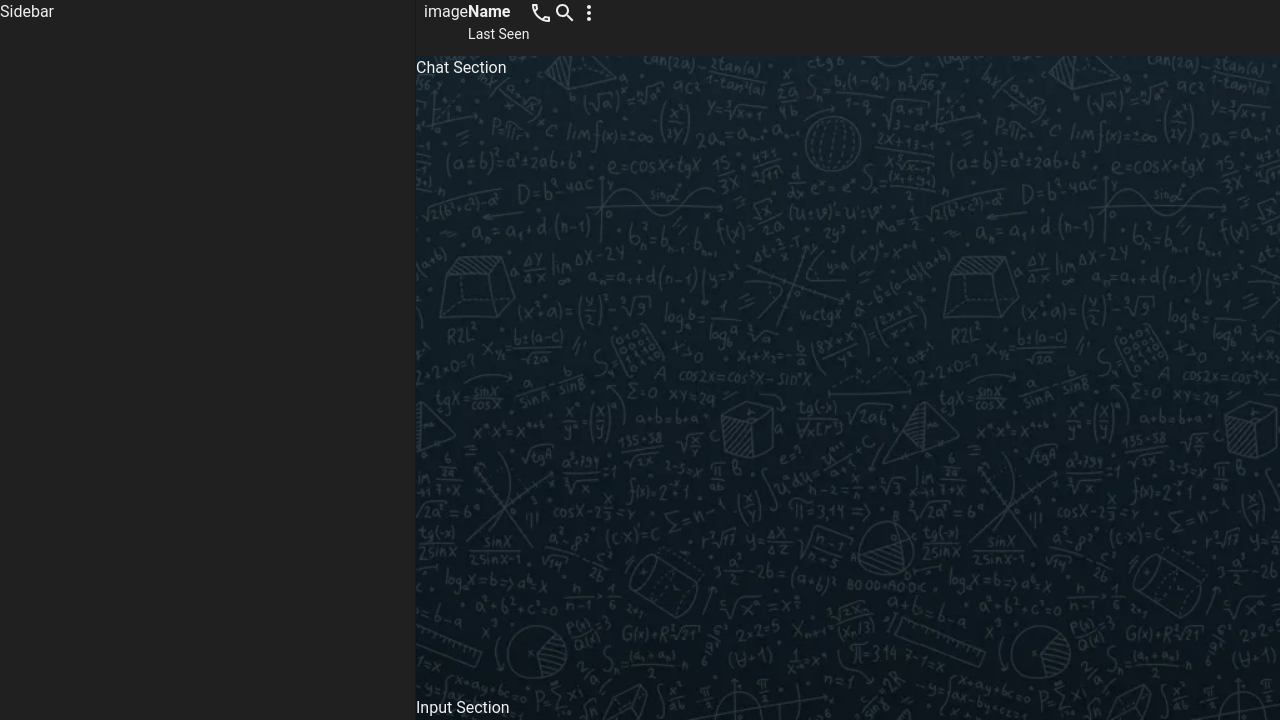
Repository: Qu4ntumGuy/telegram-clone
Page: /
These files come from the project's save history. The page is drawn as it stood at one moment and after the next save; the edit follows.
The browser window is 1280 px wide. The pictures show the whole page.
The project was rebuilt for these pictures with package versions that can differ from the ones it lists, and the page was loaded fresh each time. Also part of the build but not shown: src/Utils/ContextProvider.js, src/Pages/ChatPage.js/ChatPage.js.

Above is the page before, as saved 2024-07-15 12:02:52.

### src/index.css
@tailwind base;
@tailwind components;
@tailwind utilities;

:root {
  font-family: "Roboto", sans-serif;
  color-scheme: light;
  body {
    @apply bg-[#181818] text-[#f0f0f0];
  }
}
/*
:root {
  @apply bg-[#181818];
} */

### src/App.js
import { Routes, BrowserRouter, Route } from "react-router-dom";
import Sidebar from "./Components/Sidebar";
import Home from "./Pages/Home/Home";
import ChatPage from "./Pages/ChatPage.js/ChatPage";

function App() {
  return (
    <div className="flex max-w-[105rem] mx-auto">
      <Sidebar />
      <BrowserRouter>
        <Routes>
          <Route path="/" element={<Home />} />
          <Route path="/k/:id" element={<ChatPage />} />
        </Routes>
      </BrowserRouter>
      {/* <Home /> */}
    </div>
  );
}

export default App;

### src/Components/Sidebar.js
import React from "react";
import { useComponentContext } from "../Utils/ContextProvider";

function Sidebar() {
  const context = useComponentContext();
  return (
    <div className="w-full md:max-w-[26rem] bg-[#202020] border-r border-[#181818] h-screen">
      Sidebar
    </div>
  );
}

export default Sidebar;

### src/Pages/Home/Home.js
import React from "react";
import backgroundImage from "../../Assets/Desktop.webp";
import Topbar from "../../Components/Topbar";

function Home() {
  const image =
    "https://blog.1a23.com/wp-content/uploads/sites/2/2020/02/pattern_02-150x150.png";

  //   const divStyle = {
  //     width: "100%",
  //     height: "100vh", // Adjust the height as needed
  //     backgroundImage: `url(${backgroundImage})`,
  //     backgroundSize: "cover", // Ensures the image covers the entire div
  //     backgroundPosition: "center", // Centers the image
  //   };
  return (
    <div
      className="md:flex flex-col justify-center bg-cover h-screen hidden md:w-full "
      style={{ backgroundImage: `url(${backgroundImage})` }}
    >
      <div className="top-0 mb-auto h-14 bg-[#202020]">
        <Topbar />
      </div>
      <div className="flex flex-col h-full">
        <div className="top-0">Chat Section</div>
        <div className="bottom-0 mt-auto">Input Section</div>
      </div>
    </div>
  );
}

export default Home;

### src/Components/Topbar.js
import React from "react";
import CallOutlinedIcon from "@mui/icons-material/CallOutlined";
import SearchIcon from "@mui/icons-material/Search";
import MoreVertIcon from "@mui/icons-material/MoreVert";

function Topbar() {
  return (
    <div className="flex px-2 h-14">
      <div className="flex">
        <div>image</div>
        <div className="flex flex-col">
          <div className="font-semibold">Name</div>
          <div className="text-sm"> Last Seen</div>
        </div>
      </div>
      <div className="flex">
        <div>
          <CallOutlinedIcon />
        </div>
        <div>
          <SearchIcon />
        </div>
        <div>
          <MoreVertIcon />
        </div>
      </div>
    </div>
  );
}

export default Topbar;

Loaded but not shown: public/index.html (common file); src/index.js (common file); src/reportWebVitals.js (common file); tailwind.config.js (common file)

After the next save:
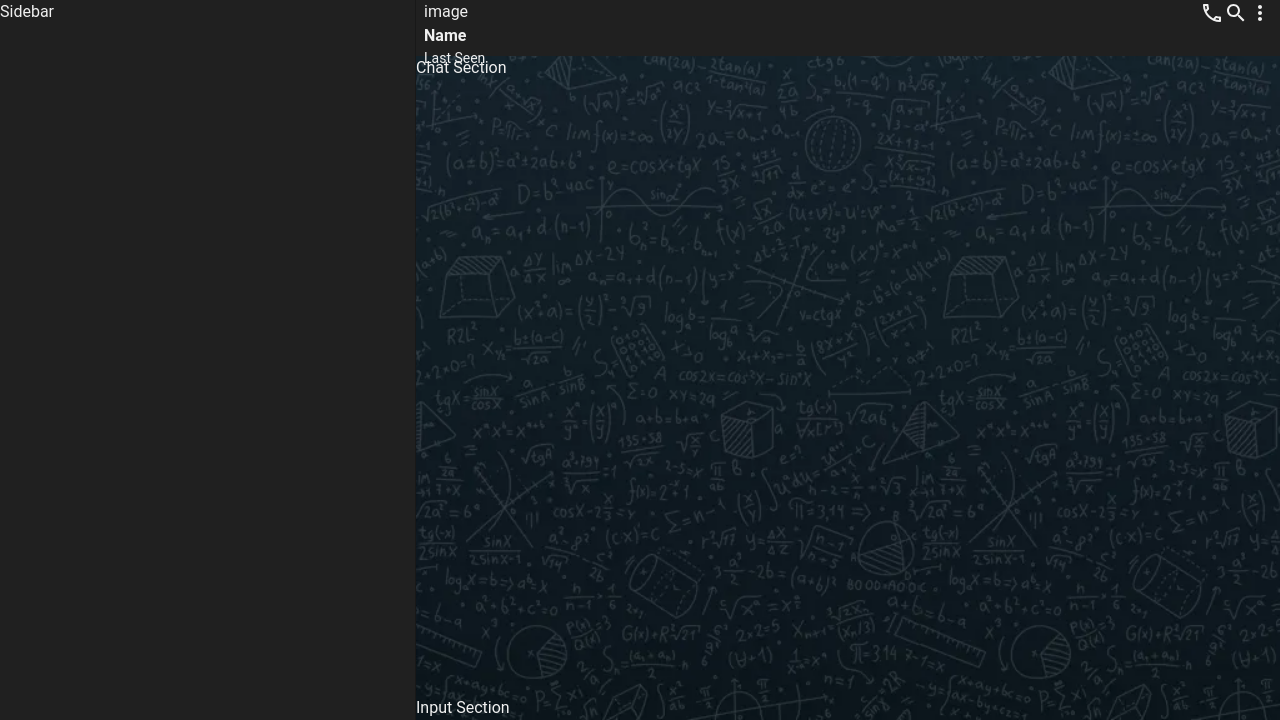
Saved 14 s later.
--- a/src/Components/Topbar.js
+++ b/src/Components/Topbar.js
@@ -6,7 +6,7 @@ import MoreVertIcon from "@mui/icons-material/MoreVert";
 function Topbar() {
   return (
     <div className="flex px-2 h-14">
-      <div className="flex">
+      <div className="flex-1">
         <div>image</div>
         <div className="flex flex-col">
           <div className="font-semibold">Name</div>
